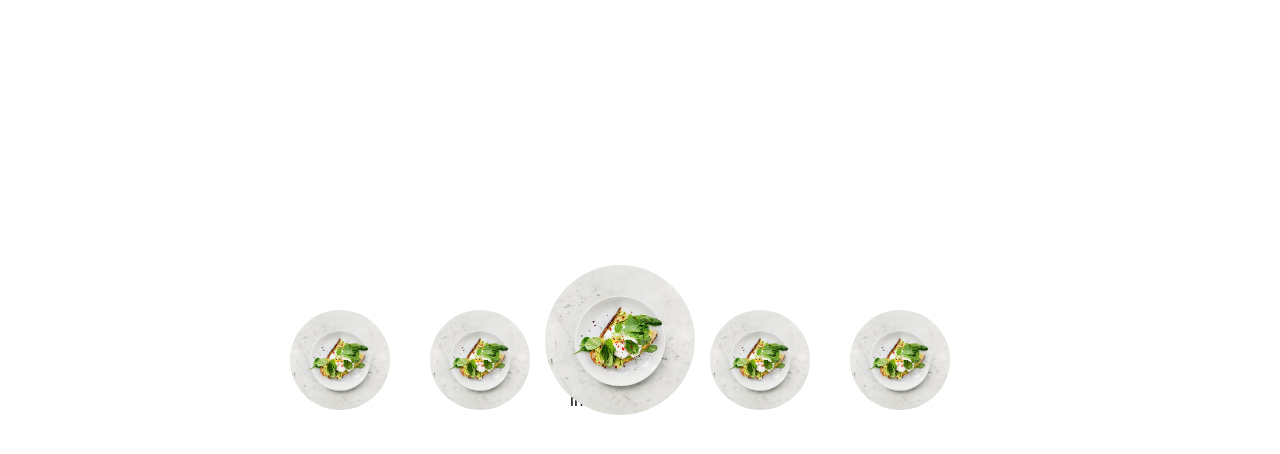
Repository: nambui98/slider
Page: /
An editor plug-in stored every save of this project. The page is shown before and after the next save, followed by the edit.
The browser window is 1280 px wide. The pictures show the whole page.
The project was rebuilt for these pictures with package versions that can differ from the ones it lists, and the page was loaded fresh each time. Also part of the build but not shown: vite.config.ts.

Above is the page before, as saved 2022-04-12 10:23:00.

### src/App.tsx
import { useState } from 'react'
import Horizolsider from './components/horizolslider/Horizolsider'
import logo from './logo.svg'
import './App.css'
import "slick-carousel/slick/slick.css";
import "slick-carousel/slick/slick-theme.css";
function App() {
  const [count, setCount] = useState(0)

  return (
    <div className="App">
      <Horizolsider />
    </div>
  )
}

export default App

### src/components/horizolslider/Horizolsider.tsx
import React, { useEffect, useRef, useState } from 'react'
import styled from 'styled-components'
import Slider from "react-slick";
import image1 from '../../assets/images/pexels-daria-shevtsova-1095550.jpg'

type Props = {}

const Wrapper = styled.div`
    width: 700px;
    /* margin: auto; */
`
const Item = styled.div`
    height: 150px;
    margin-top: 50px;
    transition: all .3s;
    /* display: flex !important;
    justify-content: center;
    align-items: flex-end;
    margin-bottom: 100px; */
    /* position: relative;
     */
    /* margin: 0 15px; */
    .info{
        visibility: hidden;
    }
    img{
        object-fit: cover;
        /* width: 100px;
        height: 100px; */
        width: 100px;
        height: 100px;
        border-radius: 50%;
        transition: all .3s;
    }
    &.active{
        /* width: 150px;
        height: 100px; */
        /* height: 200px; */
        margin-top: 30px;
        img{

            /* width: 100%; */
            transform: scale(1.5)
        }
        .info{
            visibility: visible;
        }
    }
    &.near{
        /* width: 150px;
        height: 100px; */
        /* height: 200px; */
        margin-top: 40px;
        /* margin-right: 70px !important; */
        img{

            /* width: 100%; */
            transform: scale(1.2)
        }


    }
`
const Horizolsider = (props: Props) => {
    const [activeIndex, setActiveIndex] = useState<number>(0);
    const settings = {
        className: "listItem",
        dots: false,
        infinite: true,
        speed: 500,
        slidesToShow: 5,
        slidesToScroll: 1,
        centerMode: true,
        focusOnSelect: true,
        centerPadding: '0px',
        // adaptiveHeight: true,
        beforeChange: (current: any, next: any) => {
            setActiveIndex(next)

        },
    };

    return (
        <div style={{ display: "flex", height: "100vh", justifyContent: "center", alignItems: "center" }}>
            <Wrapper>
                <Slider {...settings}>
                    {
                        [...Array(10).keys()].map((i, index) =>
                            <Item className={`${index === activeIndex ? "active" : (activeIndex - index) === 1 ? "near" : ""}`}>
                                <img src={image1} alt="" />
                                <div className="info">info {i}</div>
                            </Item>
                        )
                    }
                </Slider>
            </Wrapper>
        </div>
    )
}
export default Horizolsider

### src/App.css
*{
  padding: 0;
  margin: 0;
  box-sizing: border-box;
}
.listItem{

}

Loaded but not shown: index.html (common file); src/main.tsx (common file); src/index.css (common file)

After the next save:
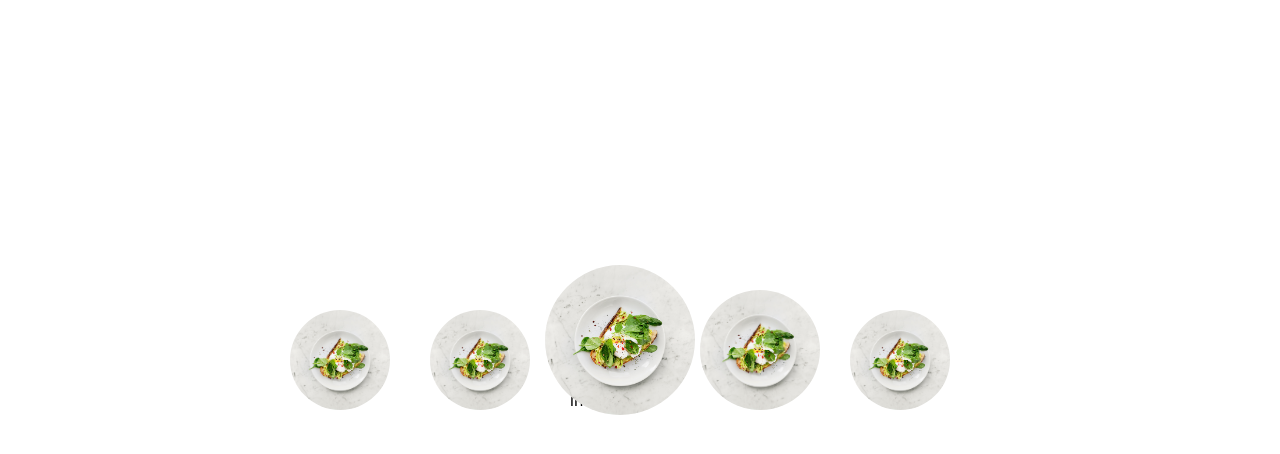
Saved 49 s later.
--- a/src/components/horizolslider/Horizolsider.tsx
+++ b/src/components/horizolslider/Horizolsider.tsx
@@ -86,7 +86,7 @@
                 <Slider {...settings}>
                     {
                         [...Array(10).keys()].map((i, index) =>
-                            <Item className={`${index === activeIndex ? "active" : (activeIndex - index) === 1 ? "near" : ""}`}>
+                            <Item className={`${index === activeIndex ? "active" : (activeIndex - index) === 1 || (activeIndex - index) === -1 ? "near" : ""}`}>
                                 <img src={image1} alt="" />
                                 <div className="info">info {i}</div>
                             </Item>

After the 3 saves that followed:
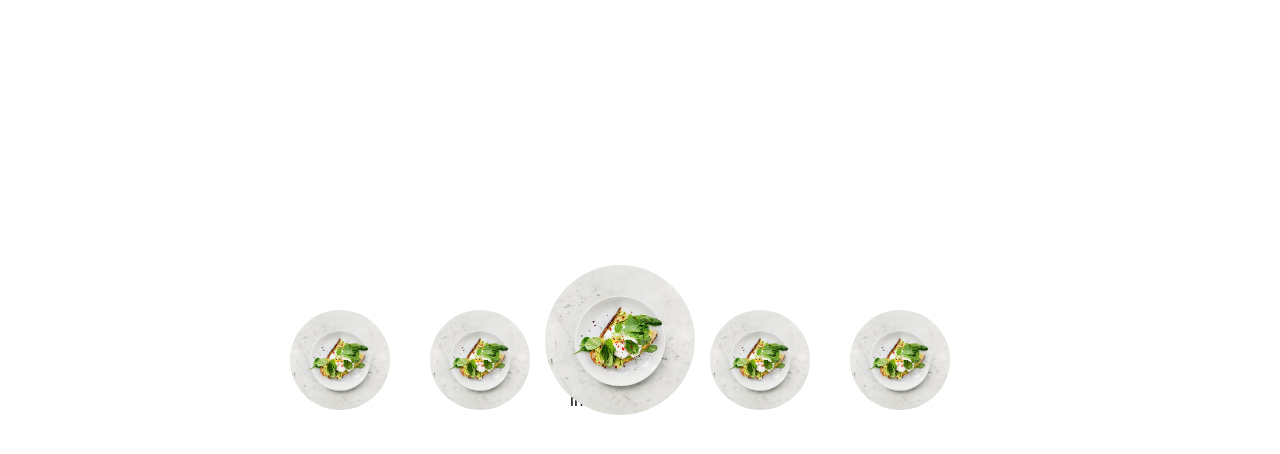
The 3 saves are shown as one change because 2 left the picture as it was.
The last was saved 59 s later.
--- a/src/components/horizolslider/Horizolsider.tsx
+++ b/src/components/horizolslider/Horizolsider.tsx
@@ -86,7 +86,7 @@
                 <Slider {...settings}>
                     {
                         [...Array(10).keys()].map((i, index) =>
-                            <Item className={`${index === activeIndex ? "active" : (activeIndex - index) === 1 || (activeIndex - index) === -1 ? "near" : ""}`}>
+                            <Item className={`${index === activeIndex ? "active" : ((activeIndex - index) === 1) ? "near" : ""}`}>
                                 <img src={image1} alt="" />
                                 <div className="info">info {i}</div>
                             </Item>
